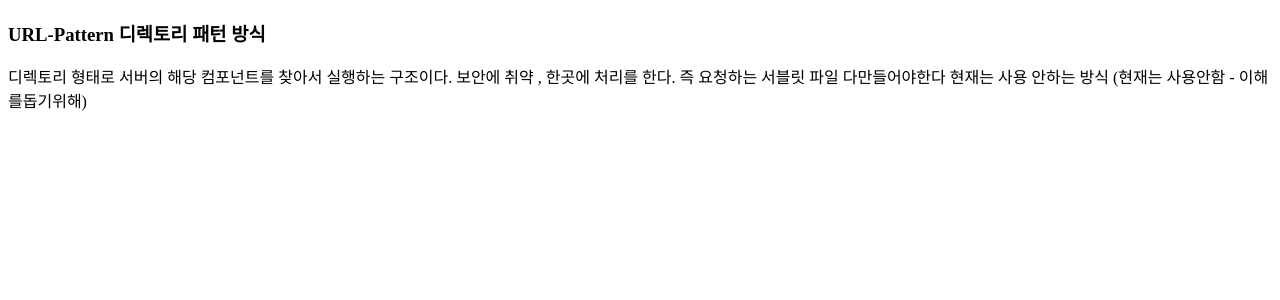
Repository: chanhok95/webpage
Page: http://localhost/webTesting/07_JSTL/functions.jsp
These files come from the project's save history. The page is drawn as it stood at one moment and after a run of saves; the edit follows.
The browser window is 1280 px wide. The pictures show the whole page.
The page is served by Tomcat 9. Other server files are loaded and not shown.

Above is the page before, as saved 2019-10-28 00:49:38.

### webTesting/WebContent/07_JSTL/functions.jsp
<%@ page language="java" contentType="text/html; charset=UTF-8"
    pageEncoding="UTF-8"%>
<!DOCTYPE html>
<html>
<head>
<meta charset="UTF-8">
<title>Insert title here</title>
</head>
<body>
	<h3>URL-Pattern 디렉토리 패턴 방식</h3>
		<div>디렉토리 형태로 서버의 해당 컴포넌트를 찾아서 실행하는 구조이다.
		보안에 취약 , 한곳에 처리를 한다. 즉 요청하는 서블릿 파일 다만들어야한다
		현재는 사용 안하는 방식 (현재는 사용안함 - 이해를돕기위해)
		</div>




</body>
</html>

After the next 2 saves:
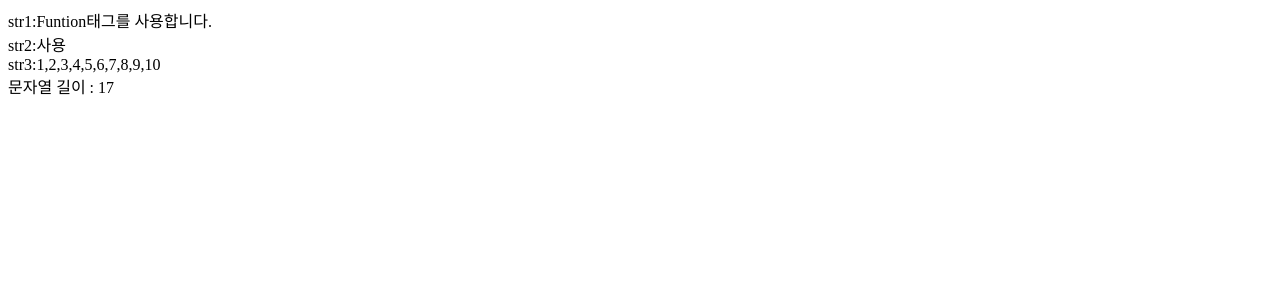
The 2 saves are shown as one change because 1 did not build or start.
The last was saved 30 min 36 s later.
--- a/webTesting/WebContent/07_JSTL/functions.jsp
+++ b/webTesting/WebContent/07_JSTL/functions.jsp
@@ -1,5 +1,8 @@
 <%@ page language="java" contentType="text/html; charset=UTF-8"
     pageEncoding="UTF-8"%>
+<%@ taglib prefix="c" uri="http://java.sun.com/jsp/jstl/core"%>
+<%@ taglib prefix="fmt" uri="http://java.sun.com/jsp/jstl/fmt"%>
+<%@ taglib prefix="fn" uri="http://java.sun.com/jsp/jstl/functions" %>
 <!DOCTYPE html>
 <html>
 <head>
@@ -7,12 +10,20 @@
 <title>Insert title here</title>
 </head>
 <body>
-	<h3>URL-Pattern 디렉토리 패턴 방식</h3>
-		<div>디렉토리 형태로 서버의 해당 컴포넌트를 찾아서 실행하는 구조이다.
-		보안에 취약 , 한곳에 처리를 한다. 즉 요청하는 서블릿 파일 다만들어야한다
-		현재는 사용 안하는 방식 (현재는 사용안함 - 이해를돕기위해)
-		</div>
+	<c:set var="str1" value="Funtion태그를 사용합니다." />
+	<c:set var="str2" value="사용" />
+	<c:set var="str3" value="1,2,3,4,5,6,7,8,9,10" />
+	<div>
+		str1:<c:out value="${str1 }" /><br/>
+		str2:<c:out value="${str2 }" /><br/>
+		str3:<c:out value="${str3 }" /><br/>
+	</div>
 
+
+	<div>
+	문자열 길이 : ${fn:length(str1) }<br/>
+
+	</div>
 
 
 
